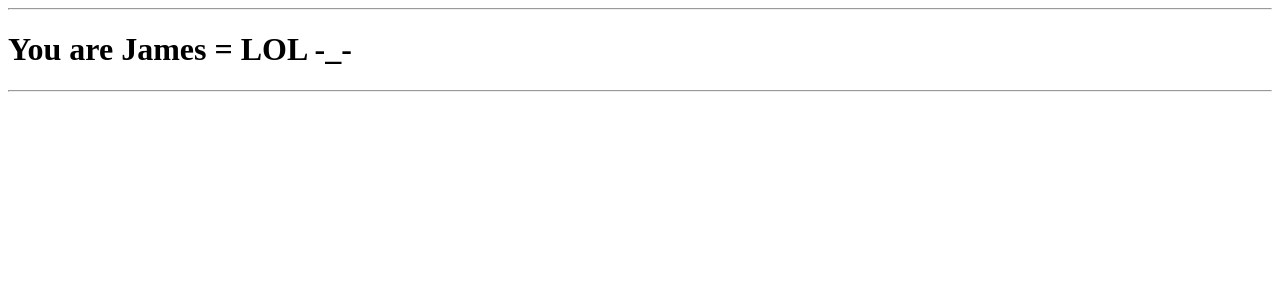
Repository: somnath0796/DeveloperMaterials
Page: http://localhost/DispatcherDemo/S2
An editor plug-in stored every save of this project. The page is shown before and after the next save, followed by the edit.
The browser window is 1280 px wide. The pictures show the whole page.
The page is served by Tomcat 9. Other server files are loaded and not shown.

Above is the page before, as saved 2018-02-01 10:49:02.

### DispatcherDemo/src/com/demo/web/S2.java
package com.demo.web;

import java.io.IOException;
import java.io.PrintWriter;

import javax.servlet.ServletException;
import javax.servlet.http.HttpServlet;
import javax.servlet.http.HttpServletRequest;
import javax.servlet.http.HttpServletResponse;


public class S2 extends HttpServlet {
	private static final long serialVersionUID = 1L;


	protected void doGet(HttpServletRequest request, HttpServletResponse response) throws ServletException, IOException {
		response.setContentType("text/html");
		PrintWriter out = response.getWriter();
		out.println("<hr>");
		out.println("<h1>You are James = LOL -_-</h1>");
		out.println("<hr>");

	}

}

After the next save:
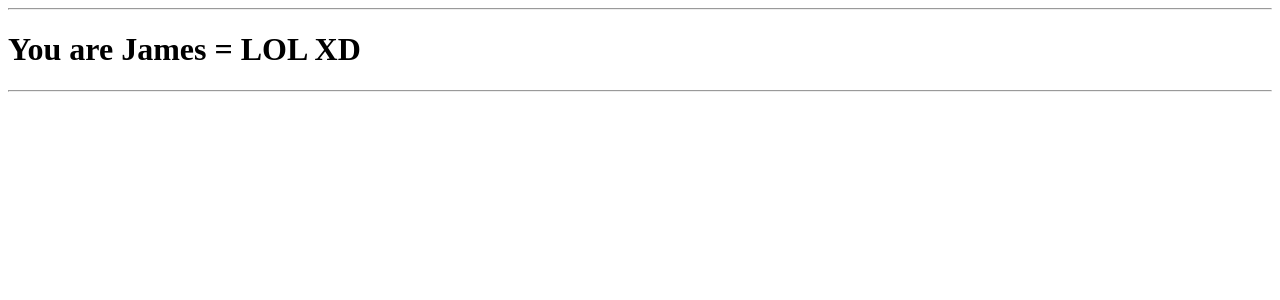
Saved 9 s later.
--- a/DispatcherDemo/src/com/demo/web/S2.java
+++ b/DispatcherDemo/src/com/demo/web/S2.java
@@ -17,7 +17,7 @@ public class S2 extends HttpServlet {
 		response.setContentType("text/html");
 		PrintWriter out = response.getWriter();
 		out.println("<hr>");
-		out.println("<h1>You are James = LOL -_-</h1>");
+		out.println("<h1>You are James = LOL XD</h1>");
 		out.println("<hr>");
 
 	}
